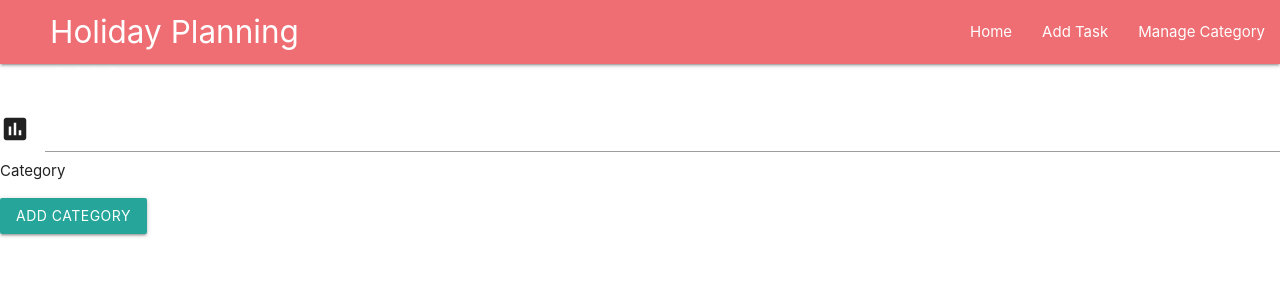
Repository: Code-Institute-Submissions/Project3-Holiday_Planning
Page: templates/addCategory.html
The author's editor kept a record of every edit. The page is drawn from the files as they stood at one moment, then again after the next edit.
The browser window is 1280 px wide. The pictures show the whole page.
Some web libraries are served in a nearby version. The page is served by the project's application, run on Flask 3 (app.py). The template is opened directly, without the code that normally fills it, so the values that code supplies are empty.

Above is the page before.

After the next edit:
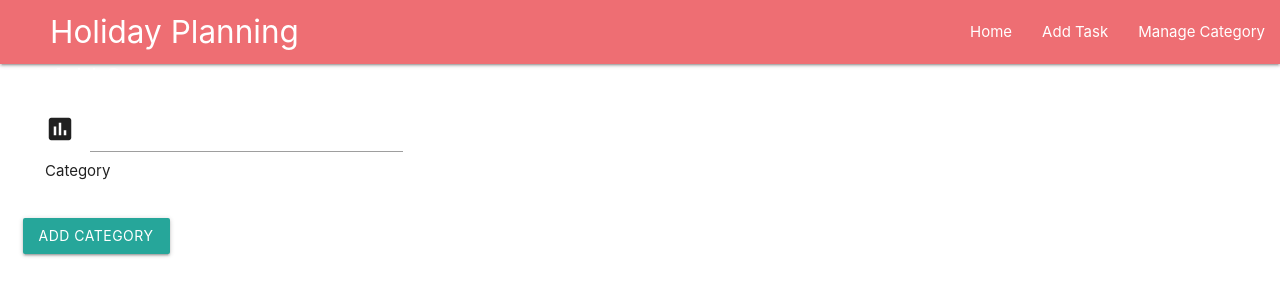
The edit:
--- a/templates/addCategory.html
+++ b/templates/addCategory.html
@@ -6,7 +6,11 @@
 </div>
 
 
-<form action ="{{url_for('insert_category')}}" method="POST" class="col s12>
+<div class="row">
+    <div class='col left_margin'></div>
+    <div class='col s11'>
+    <div class="row to_do">
+    <form action ="{{url_for('insert_category')}}" method="POST" class="col s12>
 
     <div class="row">
         <div class="input-field col s12">
